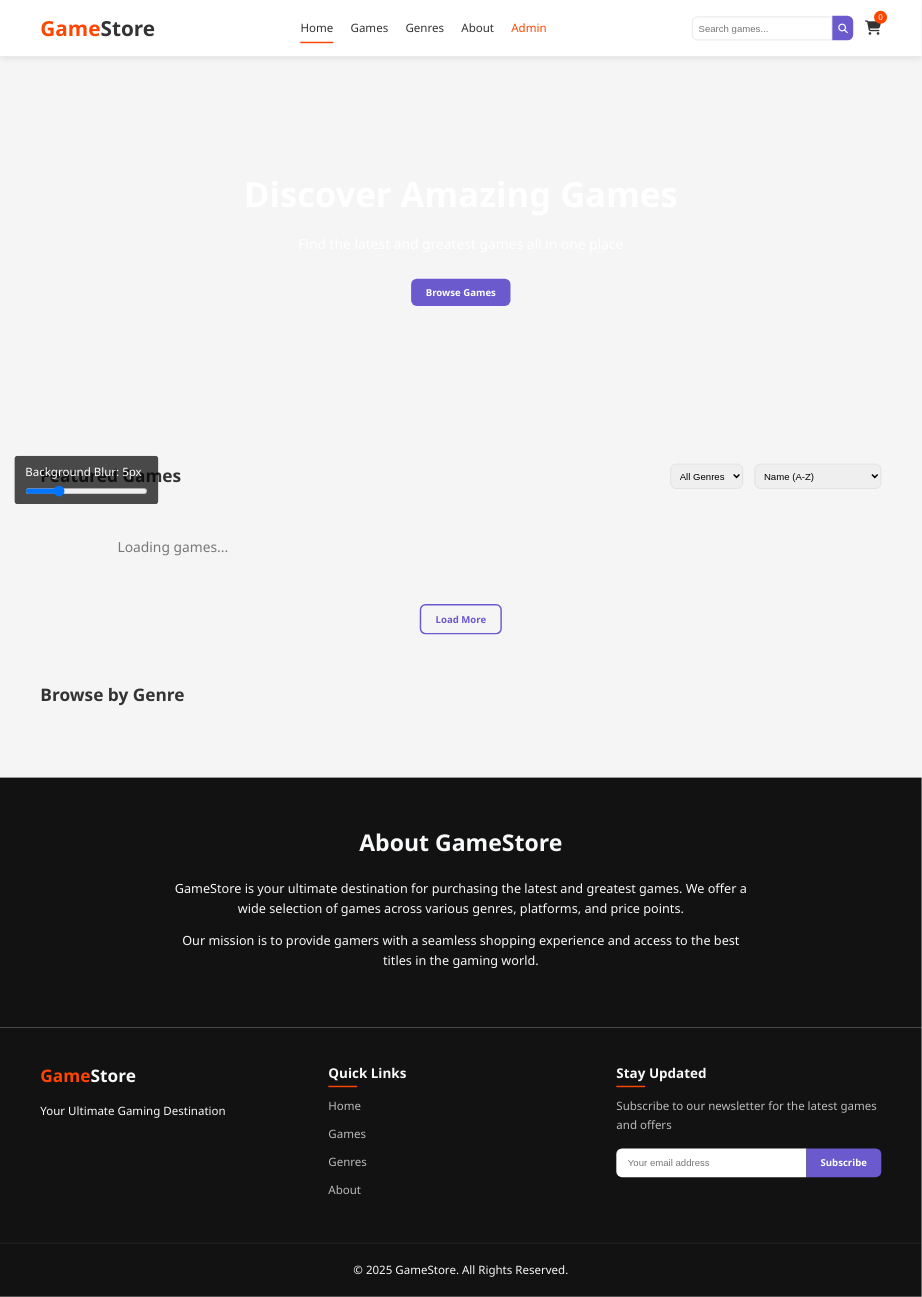
Repository: mbakry484/GameStore
Page: wwwroot/index.html
The author's editor kept a copy of each file at every save. The page is drawn from the files as they stood at one save, then again after a run of saves.
The browser window is 1280 px wide. The pictures show the whole page, at 72% of full size.
The page's requests for data from a server got no answer.

Above is the page before, as saved 2025-04-20 15:20:25.

After the next 4 saves:
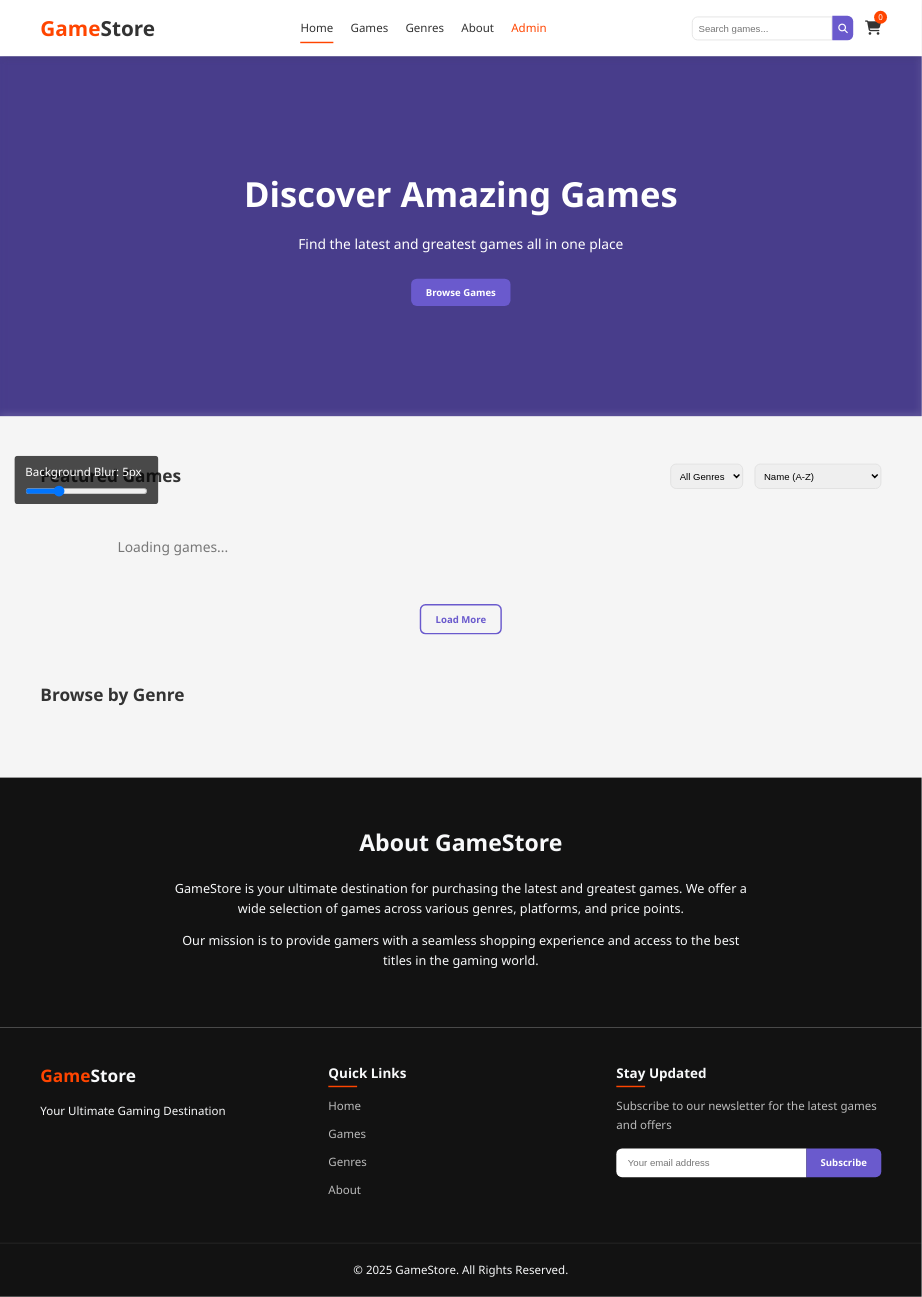
The 4 saves are shown as one change because they came seconds apart.
The last was saved 11 s later.
--- a/wwwroot/css/styles.css
+++ b/wwwroot/css/styles.css
@@ -186,7 +186,7 @@ nav {
 
 /* Hero Section */
 .hero {
-    background: );
+    background-color: #483D8B;
     background-size: cover;
     background-position: center;
     height: 500px;
